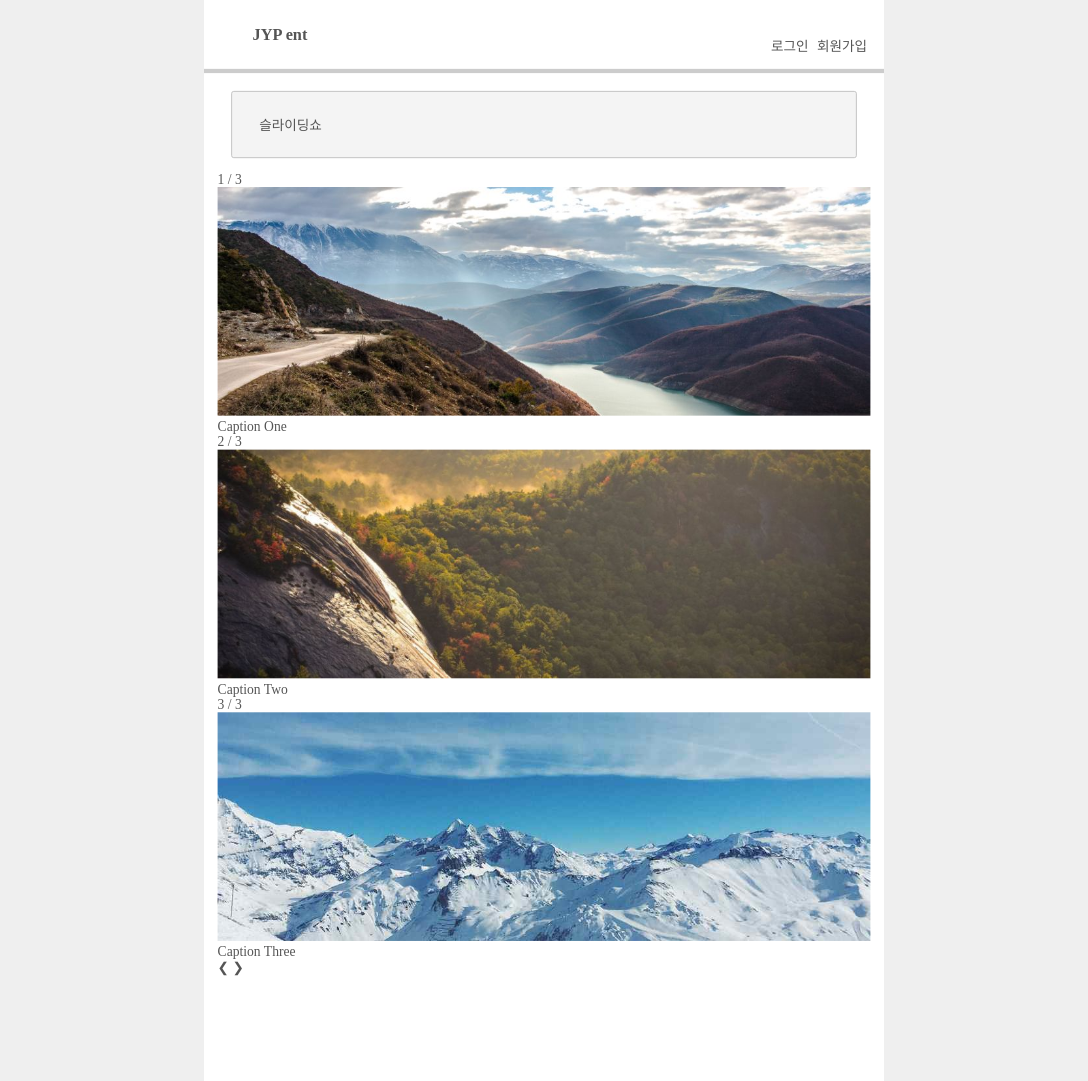
Repository: junyong231/SSIT_html
Page: webPro/src/main/webapp/javascript/days07/ex02.html
An editor plug-in stored every save of this project. The page is shown before and after the next save, followed by the edit.
The browser window is 1280 px wide. The pictures show the whole page, at 85% of full size.
Some web fonts or font styles are not loaded; a fallback is used.

Above is the page before, as saved 2024-10-08 02:34:54.

After the next save:
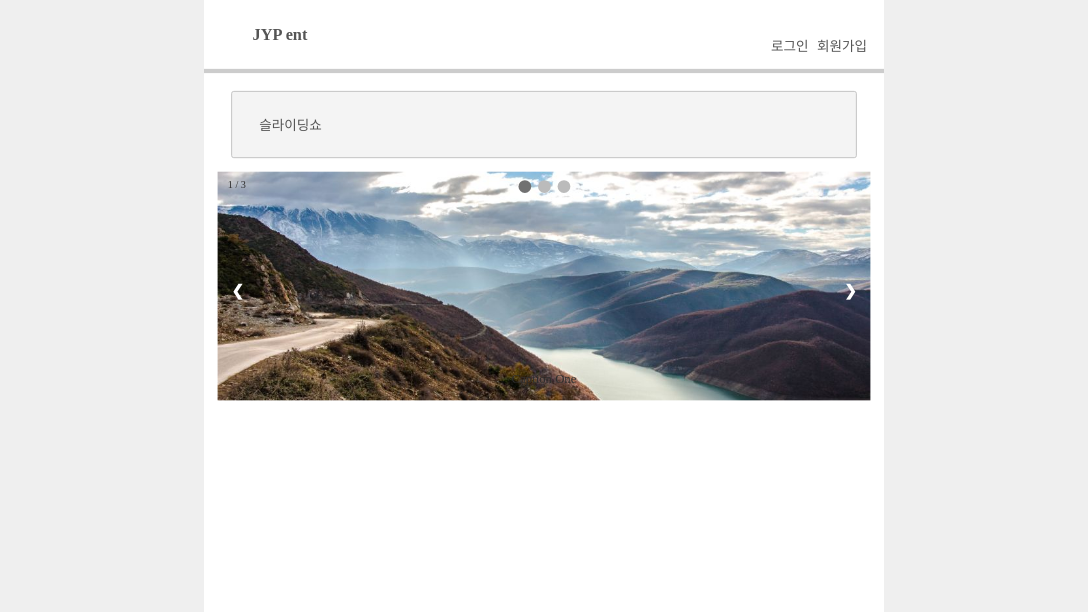
Saved 33 s later.
--- a/webPro/src/main/webapp/javascript/days07/ex02.html
+++ b/webPro/src/main/webapp/javascript/days07/ex02.html
@@ -15,7 +15,95 @@
  }
 </style>
 <style>
+ *{
+     box-sizing: border-box;
+  }
+  body{
+          margin: 0;
+          font-family: Verdana, sans-serif;
+  }
+    .slideshow-container{
+        max-width: 1000px;
+        position: relative;
+        margin: auto;
+   }
+   .text{
+    color:#2f2f2f;
+    font-size: 15px;
+    text-align: center;
+    padding: 8px 12px;
+    position: absolute;
+    bottom: 8px;
+    width:100%;
+  }
+   .numbertext{
+    color:#2f2f2f;
+    font-size: 12px;
+    padding: 8px 12px;
+    position: absolute;
+    top:0;
+  }
+    img{
+     vertical-align: middle;
+  }
+  .prev, .next{
+      position: absolute;
+      cursor: pointer;
+      top:50%;
+      color:white;
+      width:auto;
+      padding: 16px;
+      margin-top: -22px;
+      font-weight: bold;
+      font-size:18px;
+      border-radius: 0 3px 3px  0;
+     transition:0.6s ease;
+   }
+   .next{
+      right:0;
+      border-radius: 3px 0 0 3px;
+   }
+   .prev:hover, .next:hover{
+     background-color: rgba(0,0,0, 0.8);
+   }
 
+
+   .dots{
+     position: absolute;
+     top:10px;
+     width:100%;
+     text-align: center;
+   }
+   .dot{
+     cursor: pointer;
+     height: 15px;
+     width: 15px;
+     margin:0 2px;
+     background-color: #bbb;
+     border-radius: 50%;
+     display: inline-block;
+     transition:background-color 0.6s ease;
+   }
+   .active, .dot:hover{
+     background-color: #717171;
+   }
+
+
+   @keyframes fade{
+     from{ opacity: 0.4 }
+     to{ opacity:1}
+   }
+   @-webkit-keyframes fade{
+     from{ opacity: 0.4 }
+     to{ opacity:1}
+   }
+
+   .fade{
+      animation-name:fade;
+      animation-duration:1.5s;
+      -webkit-animation-name:fade;
+      -webkit-animation-duration:1.5s;
+   }
 </style>
 <body>
 <header>
@@ -57,6 +145,46 @@
    </div>
 </div>
 <script>
+  let slideIndex =0;
+
+  function showSlides() {
+    $(".slideshow-container .mySlides")
+    .hide()
+    .eq(slideIndex)
+    .show()
+
+    $(".dots span.dot")
+    .removeClass("active")
+    .eq(slideIndex)
+    .addClass("active");
+
+  }
+
+  showSlides(slideIndex);
+
+  function changeSlide(value) {
+    // prev, next
+    slideIndex += value;
+    if (slideIndex ==3) {
+      slideIndex=0;
+    }else if (slideIndex ==-1) {
+      slideIndex=2;
+    }
+  showSlides(slideIndex)
+}
+
+  function dotSlide(value) {
+    slideIndex = value;
+    showSlides(slideIndex)
+    // if (value ==0) {
+    //   slideIndex=0;
+    // }else if (value ==1) {
+    //   slideIndex=1;
+    // }else if (value ==2) {
+    //   slideIndex=2;
+    // }
+
+  }
 
 </script>
 </body>
